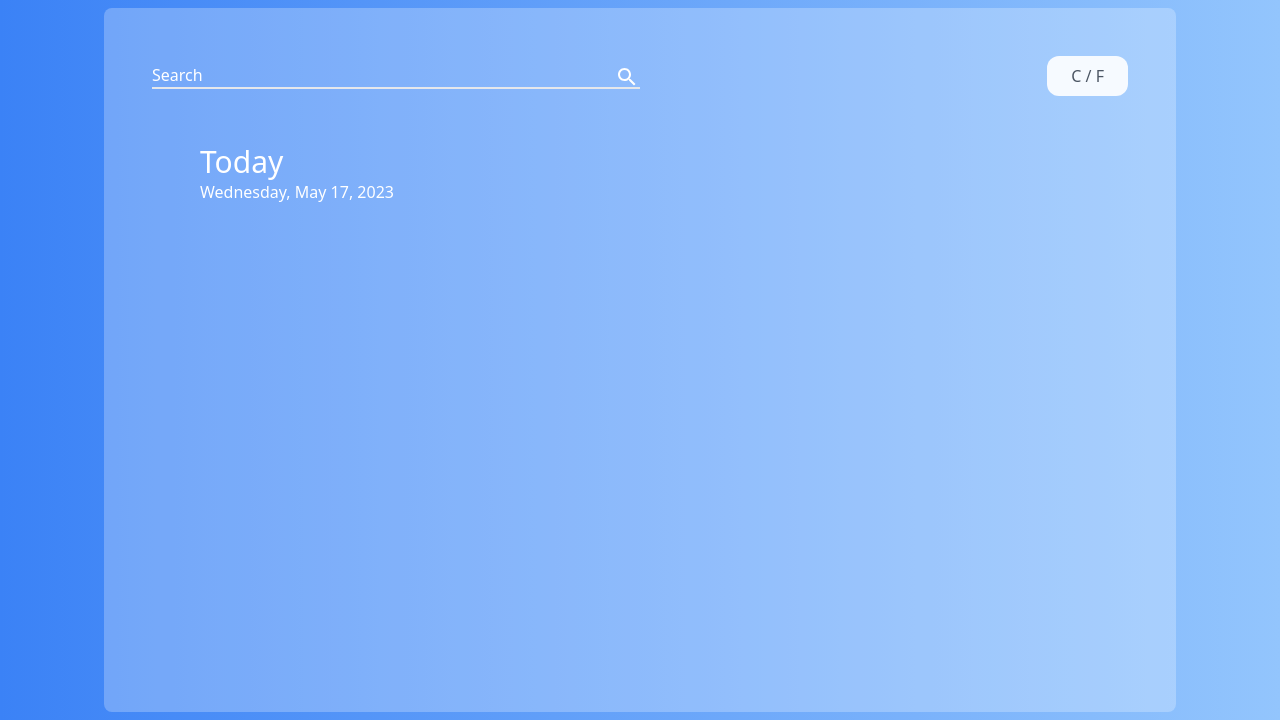
Repository: DevAntonioRogers/react-weatherapp-v2
Page: /
The author's editor kept a copy of each file at every save. The page is drawn from the files as they stood at one save, then again after the next save.
The browser window is 1280 px wide. The pictures show the whole page.
The project was rebuilt for these pictures with package versions that can differ from the ones it lists, and the page was loaded fresh each time. The framework's server and built-in components were replaced by stand-ins that run in the browser. Also part of the build but not shown: next.config.js.

Above is the page before, as saved 2023-05-20 00:09:49.

After the next save:
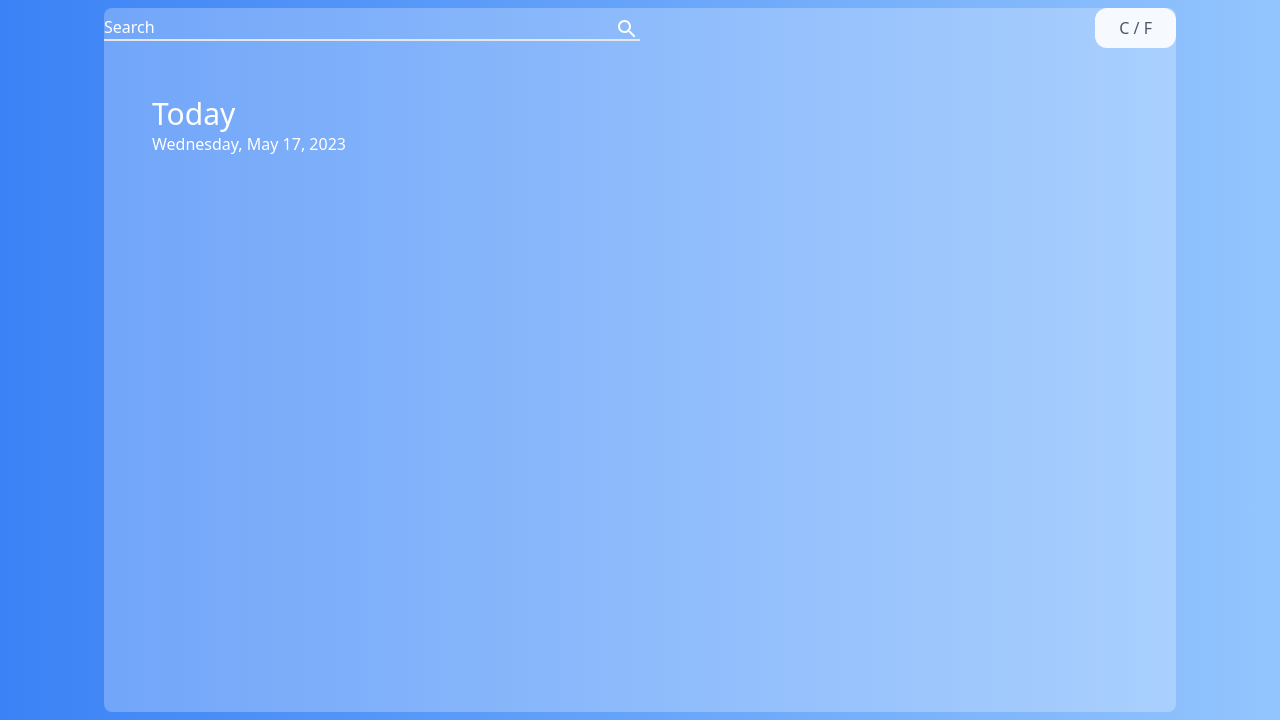
Saved 11 s later.
--- a/app/page.tsx
+++ b/app/page.tsx
@@ -35,7 +35,7 @@ export default function Home() {
 
   return (
     <div className="flex justify-center p-2 bg-cover h-screen bg-gradient-to-r from-blue-500 to-blue-300">
-      <div className="bg-white/25 mx-24 w-full rounded-lg p-12 flex flex-col">
+      <div className="bg-white/25 mx-24 w-full rounded-lg flex flex-col">
         {/* SEARCH AND DEGREE CONVERSION */}
         <div className="flex justify-between items-center">
           <Input handleSearch={handleSearch} location={location} setLocation={setLocation} />
